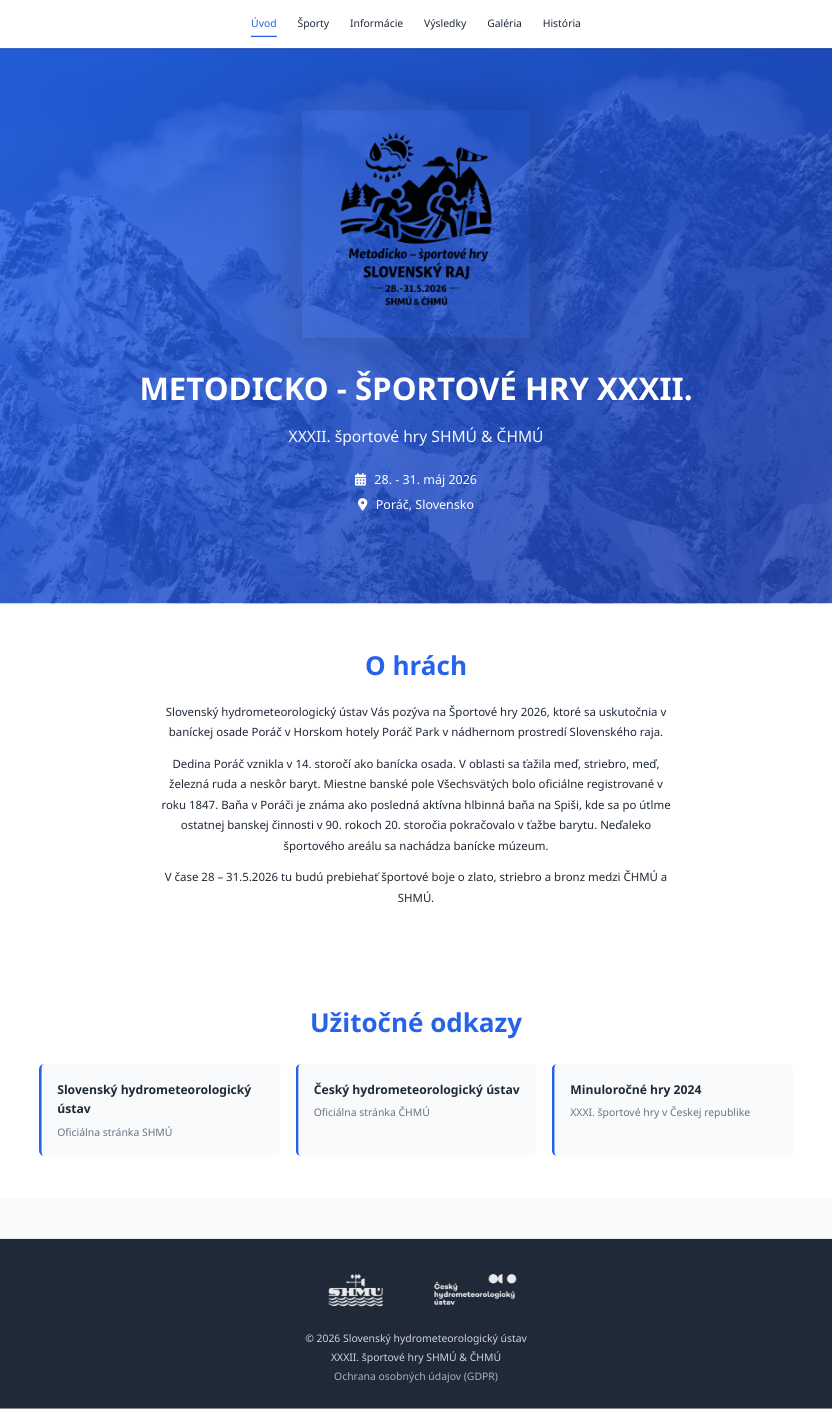
Repository: samiljimari/SHMU-web
Page: index.html
The author's editor kept a copy of each file at every save. The page is drawn from the files as they stood at one save, then again after the next save.
The browser window is 1280 px wide. The pictures show the whole page, at 65% of full size.

Above is the page before, as saved 2026-02-11 17:08:51.

After the next save:
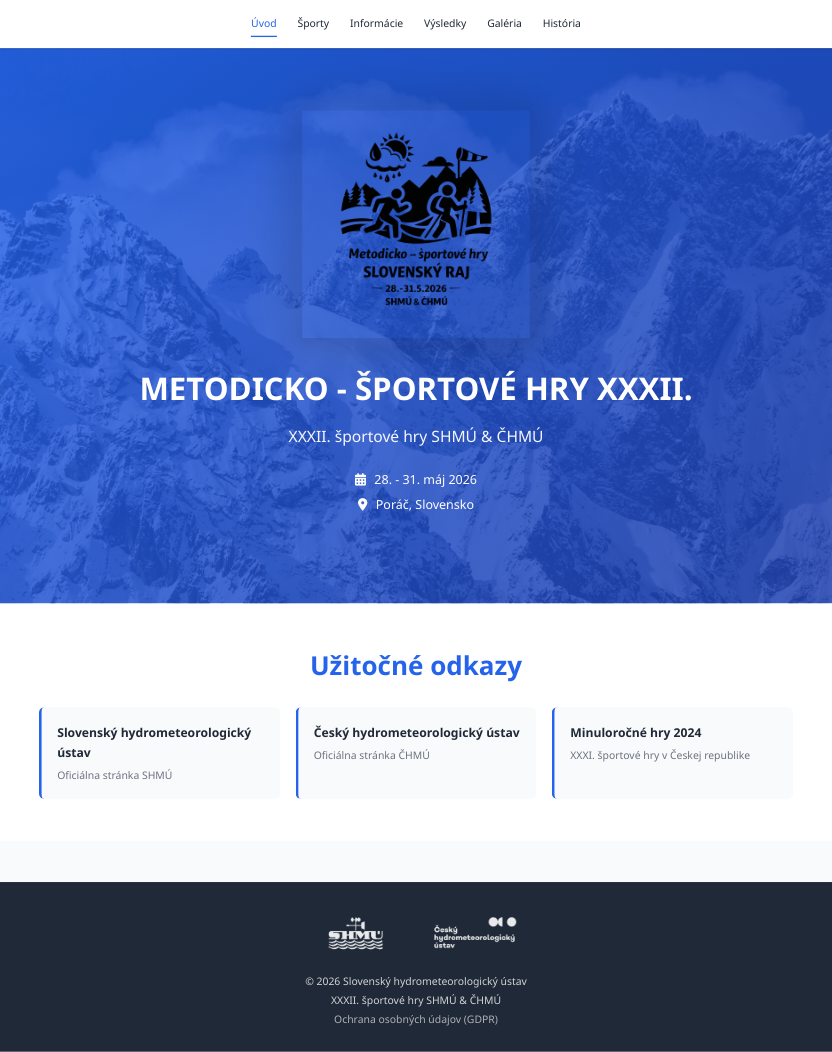
Saved 18 h 14 min later.
--- a/index.html
+++ b/index.html
@@ -41,24 +41,6 @@
             </div>
         </section>
 
-        <section class="about">
-            <div class="container">
-                <h2>O hrách</h2>
-                <p>
-                    Slovenský hydrometeorologický ústav Vás pozýva na Športové hry 2026, ktoré sa uskutočnia v baníckej osade Poráč v Horskom hotely Poráč Park v nádhernom prostredí Slovenského raja.
-                </p>
-
-                <p>
-                    Dedina  Poráč vznikla v 14. storočí ako banícka osada. V oblasti sa ťažila meď, striebro, meď, železná ruda a neskôr baryt. Miestne banské pole Všechsvätých bolo oficiálne registrované v roku 1847.
-                    Baňa v Poráči je známa ako posledná aktívna hlbinná baňa na Spiši, kde sa po útlme ostatnej banskej činnosti v 90. rokoch 20. storočia pokračovalo v ťažbe barytu. Neďaleko športového areálu sa nachádza banícke múzeum.
-                </p>
-                <p>
-                    V čase 28 – 31.5.2026 tu budú prebiehať športové boje o zlato, striebro a bronz medzi ČHMÚ a SHMÚ.
-
-                </p>
-            </div>
-        </section>
-
         <section class="useful-links">
             <div class="container">
                 <h2>Užitočné odkazy</h2>
